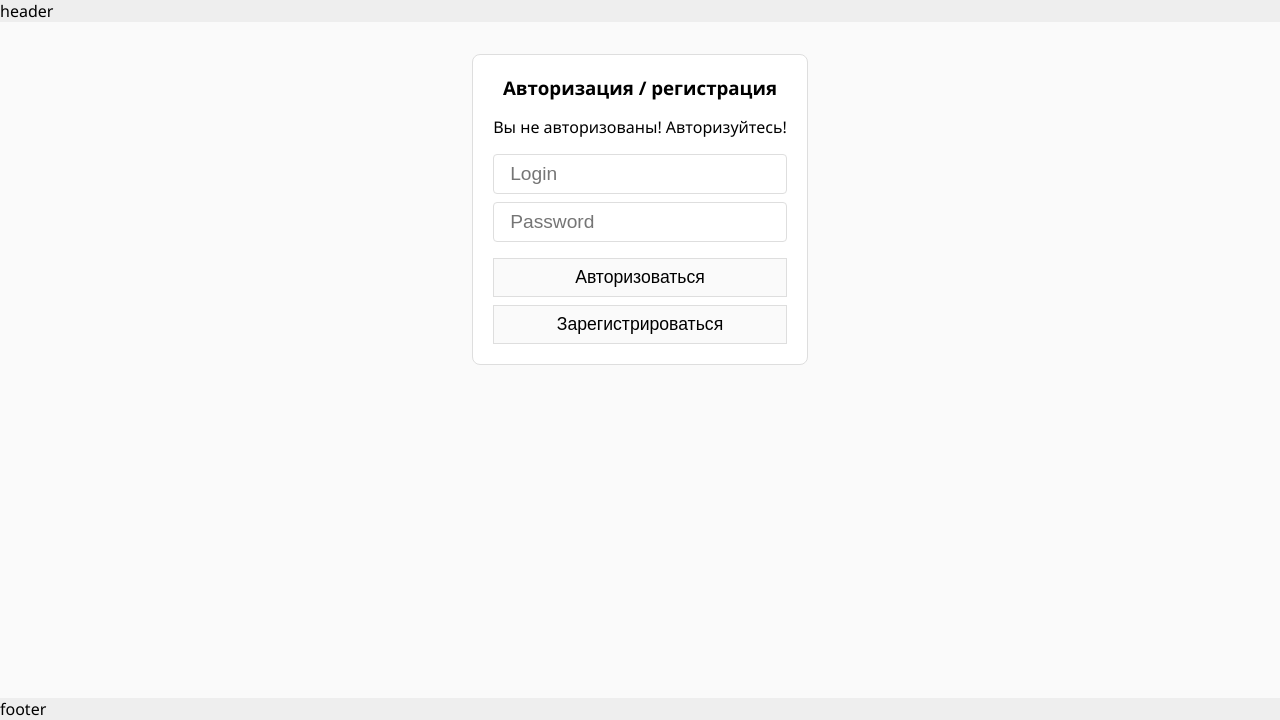
Repository: slep0y/fakeAuth
Page: index.html
The author's editor kept a copy of each file at every save. The page is drawn from the files as they stood at one save, then again after the next save.
The browser window is 1280 px wide. The pictures show the whole page.
The style sheet was rebuilt from its Sass, Less or Tailwind sources for each picture, by a compiler version that may differ from the author's.

Above is the page before, as saved 2025-01-19 18:38:16.

After the next save:
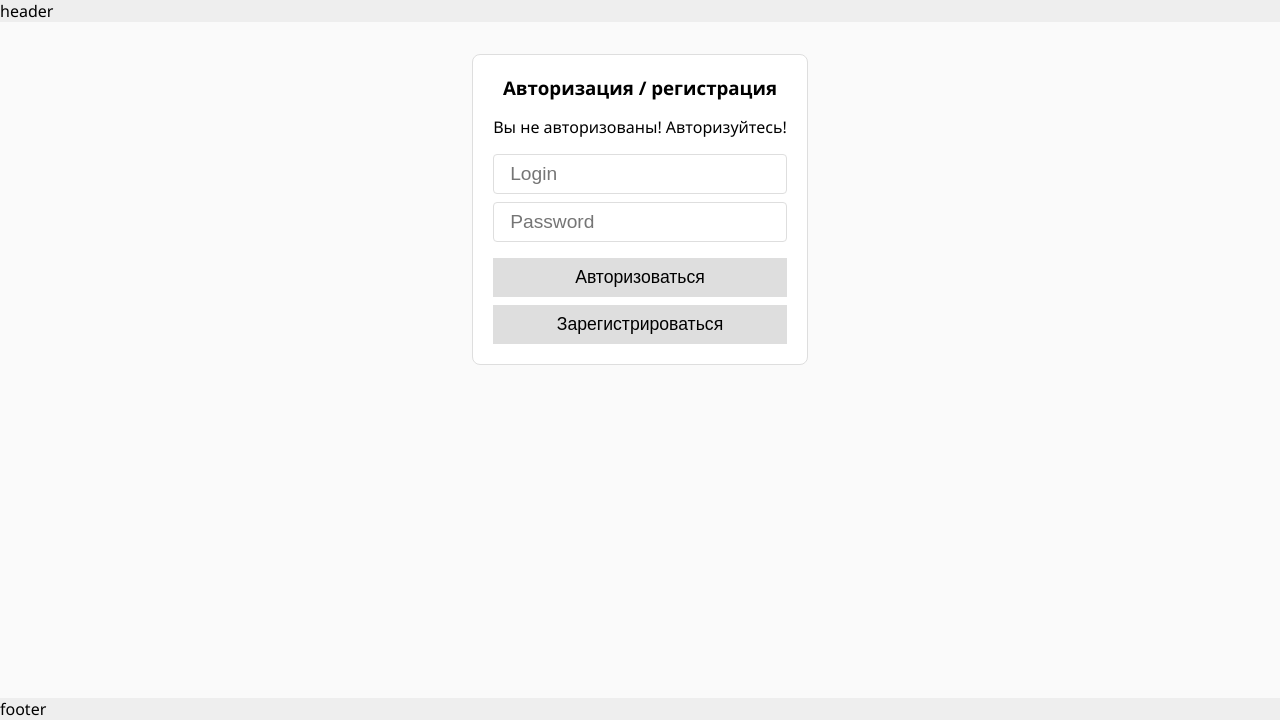
Saved 30 s later.
--- a/styles/blocks/button/_button.scss
+++ b/styles/blocks/button/_button.scss
@@ -7,7 +7,7 @@
     white-space: nowrap;
     padding: 8px;
     border: 1px solid var(--grey_lite);
-    background-color: var(--lite);
+    background-color: var(--grey_lite);
     &_wide{
         width: 100%;
     }
